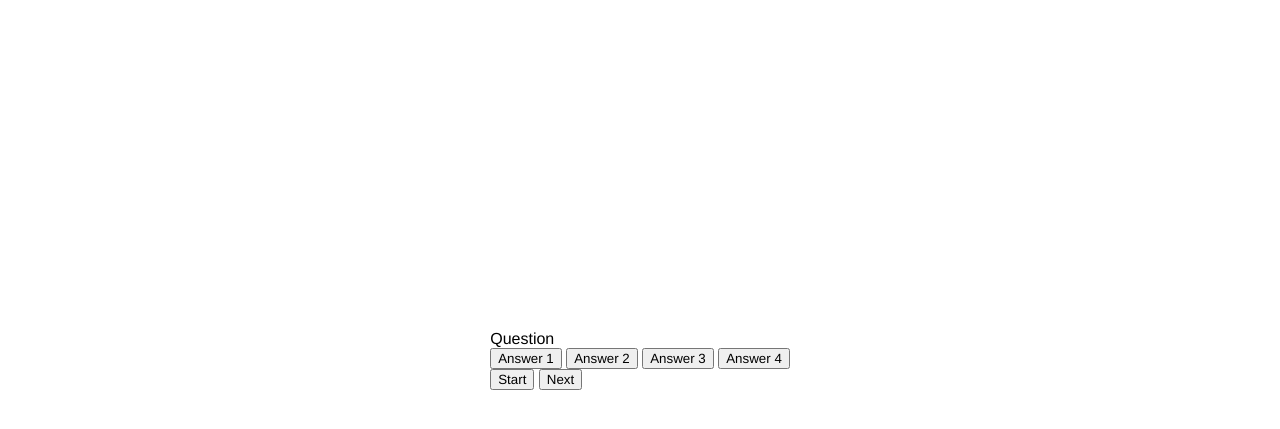
Repository: Vshepard879/Code-Quiz
Page: index.html
These files come from the project's save history. The page is drawn as it stood at one moment and after the next save; the edit follows.
The browser window is 1280 px wide. The pictures show the whole page.

Above is the page before, as saved 2022-03-18 01:20:23.

### index.html
<!DOCTYPE html>
<html lang="en">
<head>
    <meta charset="UTF-8">
    <meta http-equiv="X-UA-Compatible" content="IE=edge">
    <meta name="viewport" content="width=device-width, initial-scale=1.0">
    <link href="./assets/css/style.css" link rel="stylesheet">
    <script defer src="./assets/js/script.js"></script>
    <title>Quiz App</title>
</head>
<body>
    <div class="container">
        <div id="question-container" class="hide">
            <div id="question-container" class="hide">
                <div id="question">Question</div>
                <div id="answer-buttons" class="btn-grid"></div>
                <button class="btn">Answer 1</button>
                <button class="btn">Answer 2</button>
                <button class="btn">Answer 3</button>
                <button class="btn">Answer 4</button>
            </div>
        </div>
        <div class="controls">
            <button id="start-btn" class="start-btn btn">Start</button>
            <button id="next-btn" class="next-btn btn hide">Next</button>
        </div>
    </div>
</body>
</html>

### assets/css/style.css
*, *::before, *::after {
    box-sizing: border-box;
    font-family: 'Franklin Gothic Medium', 'Arial Narrow', Arial, sans-serif;
}

:root {
    --hue-neutral: 200;
    --hue-wrong: 0;
    --hue-correct: 150
}

body {
    --hue: var(--hue-natural);
    padding: 0;
    margin: 0;
    display: flex;
    width: 100vw;
    height: 100vh;
    justify-content: center;
    align-items:center;
}

Loaded but not shown: assets/js/script.js (no stored copy; drawn as an empty file)

After the next save:
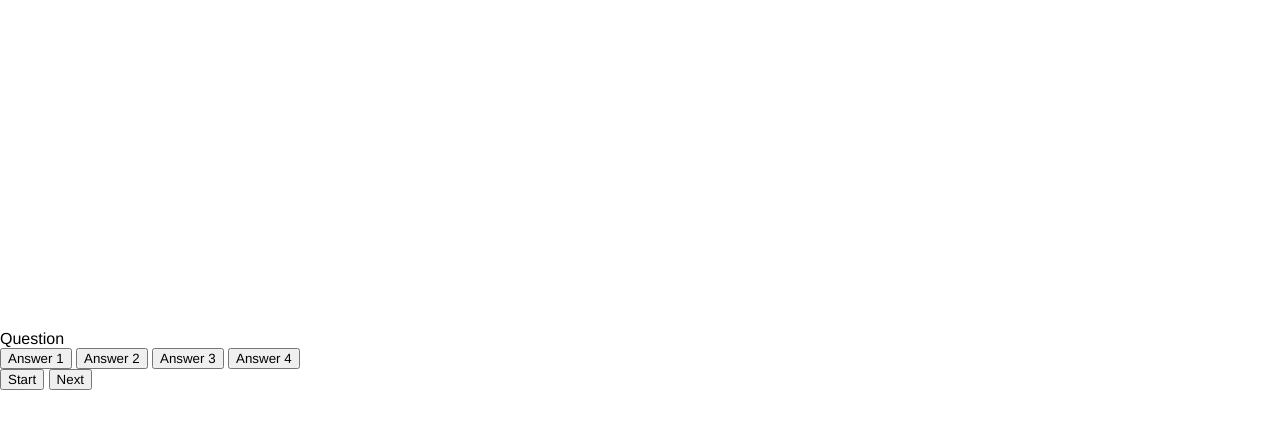
Saved 19 s later.
--- a/assets/css/style.css
+++ b/assets/css/style.css
@@ -16,6 +16,6 @@
     display: flex;
     width: 100vw;
     height: 100vh;
-    justify-content: center;
+    justify-content:baseline;
     align-items:center;
 }

After the save that followed:
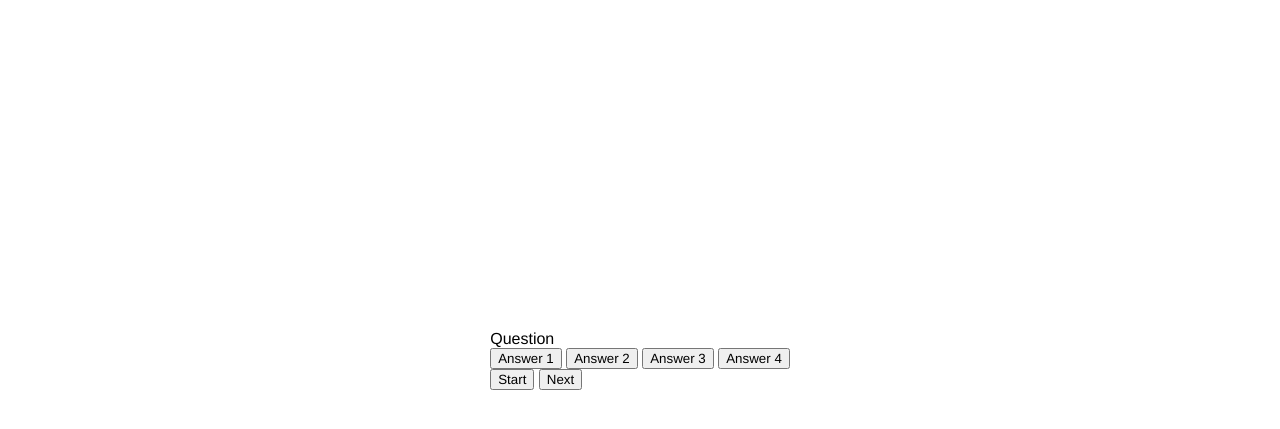
Saved 17 s later.
--- a/assets/css/style.css
+++ b/assets/css/style.css
@@ -16,6 +16,6 @@
     display: flex;
     width: 100vw;
     height: 100vh;
-    justify-content:baseline;
+    justify-content:center;
     align-items:center;
 }
